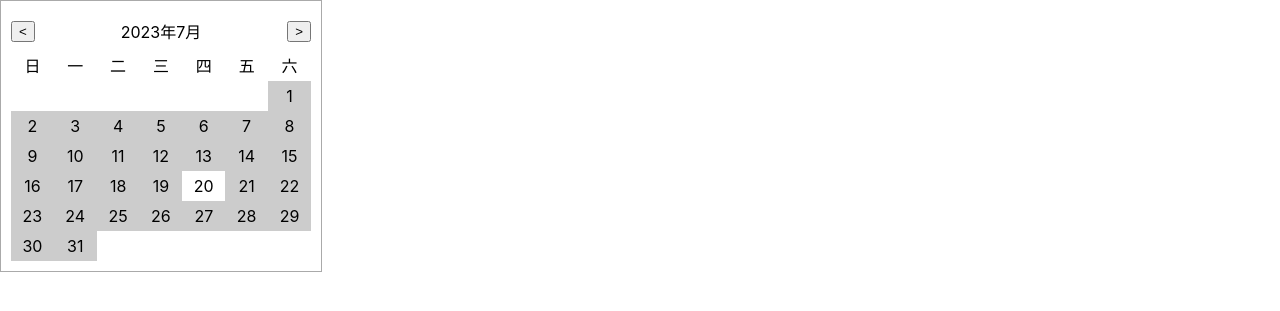
Repository: yychuiyan/calendar
Page: /
The author's editor kept a copy of each file at every save. The page is drawn from the files as they stood at one save, then again after the next save.
The browser window is 1280 px wide. The pictures show the whole page.
The project was rebuilt for these pictures with package versions that can differ from the ones it lists, and the page was loaded fresh each time.

Above is the page before, as saved 2023-07-20 13:56:05.

### src/App.tsx
import React from 'react'
import Calendar from './component/Calendar'
const App = () => {
  return (
    <div>
      <Calendar value={new Date()} onChange={(date: Date) => {
        // alert(date.toLocaleDateString())
      }}></Calendar>
    </div>
  )
}

export default App

### src/component/Calendar.tsx
import React, { useState } from 'react'
import './index.css'
import { monthDate } from '../utils/month'
interface CalendarProps {
  value?: Date,
  onChange?: (date: Date) => void
}
const Calendar: React.FC<CalendarProps> = (props) => {
  const { value = new Date(), onChange } = props
  // 保存当前日期
  const [date, setDate] = useState(value)
  // 点击左侧按钮
  const handlePrevMonth = () => {
    setDate(new Date(date.getFullYear(), date.getMonth() - 1, 1))
  };
  // 点击右侧按钮
  const handleNextMonth = () => {
    setDate(new Date(date.getFullYear(), date.getMonth() + 1, 1))
  }
  // 计算当前月有多少天
  const daysOfMonth = (year: number, month: number) => {
    // 当date传入0的时候默认取上个月的最后一天，-1则为上个月倒数第二天，以此类推
    return new Date(year, month + 1, 0).getDate()
  }
  // 计算当前月的第一天是星期几
  const firstDayOfMonth = (year: number, month: number) => {
    return new Date(year, month, 1).getDay();
  }
  // 定义一个函数存储渲染的内容
  const renderDates = () => {
    // 定义一个数组存储恩日哦功能
    const days = []
    // 计算当前月有多少天
    const daysCount = daysOfMonth(date.getFullYear(), date.getMonth())
    // 计算当前月的第一天是星期几
    const firstDay = firstDayOfMonth(date.getFullYear(), date.getMonth())
    // 已经知道从哪里开始渲染，渲染多少天后，进行循环遍历到初始天数在星期几
    for (let i = 0; i < firstDay; i++) {
      days.push(<div key={`empty-${i}`} className="empty"></div>);
    }
    // 渲染日期
    for (let i = 1; i <= daysCount; i++) {
      const clickHandler = onChange?.bind(null, new Date(date.getFullYear(), date.getMonth(), i))
      // 添加选中样式
      if (i === date.getDate()) {
        days.push(<div key={i} className='day ' onClick={clickHandler}>{i}</div>)
      } else {
        days.push(<div key={i} className='day selected' onClick={clickHandler}>{i}</div>)
      }
    }
    return days;
  }
  return (
    <div className="calendar">
      <div className="header">
        <button onClick={handlePrevMonth}>&lt;</button>
        <div>{date.getFullYear()}年{monthDate[date.getMonth()]}</div>
        <button onClick={handleNextMonth}>&gt;</button>
      </div>
      <div className="days">
        <div className="day">日</div>
        <div className="day">一</div>
        <div className="day">二</div>
        <div className="day">三</div>
        <div className="day">四</div>
        <div className="day">五</div>
        <div className="day">六</div>
        {renderDates()}
      </div>
    </div>
  )
}

export default Calendar

### src/component/index.css
.calendar {
  border: 1px solid #aaa;
  padding: 10px;
  width: 300px;
  height: 250px;
}

.header {
  display: flex;
  justify-content: space-between;
  align-items: center;
  height: 40px;
}

.days {
  display: flex;
  flex-wrap: wrap;
}

.empty, .day {
  width: calc(100% / 7);
  text-align: center;
  line-height: 30px;
}

.day:hover,.selected {
  background-color: #ccc;
  cursor: pointer;
}

### src/utils/month.js
export const monthDate = [
  '1月',
  '2月',
  '3月',
  '4月',
  '5月',
  '6月',
  '7月',
  '8月',
  '9月',
  '10月',
  '11月',
  '12月',
]

Loaded but not shown: public/index.html (common file); src/index.tsx (common file); src/index.css (common file); src/reportWebVitals.ts (common file)

After the next save:
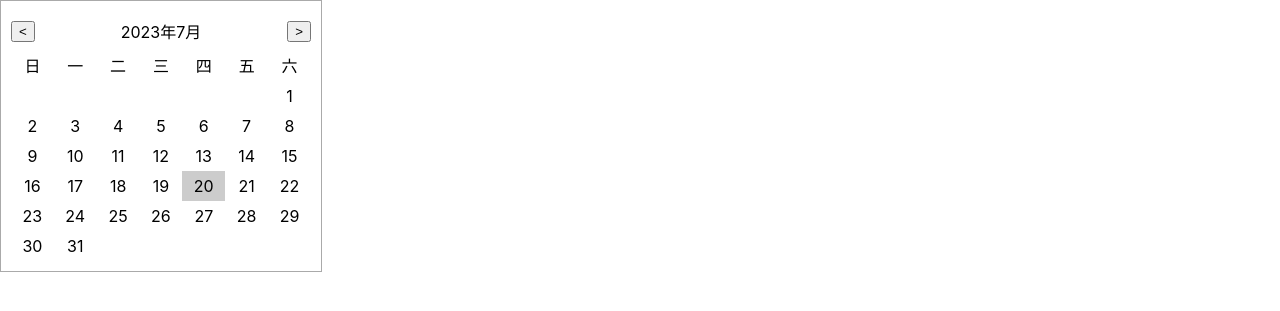
Saved 6 s later.
--- a/src/component/Calendar.tsx
+++ b/src/component/Calendar.tsx
@@ -43,9 +43,9 @@ const Calendar: React.FC<CalendarProps> = (props) => {
       const clickHandler = onChange?.bind(null, new Date(date.getFullYear(), date.getMonth(), i))
       // 添加选中样式
       if (i === date.getDate()) {
-        days.push(<div key={i} className='day ' onClick={clickHandler}>{i}</div>)
+        days.push(<div key={i} className='day selected' onClick={clickHandler}>{i}</div>)
       } else {
-        days.push(<div key={i} className='day selected' onClick={clickHandler}>{i}</div>)
+        days.push(<div key={i} className='day' onClick={clickHandler}>{i}</div>)
       }
     }
     return days;
